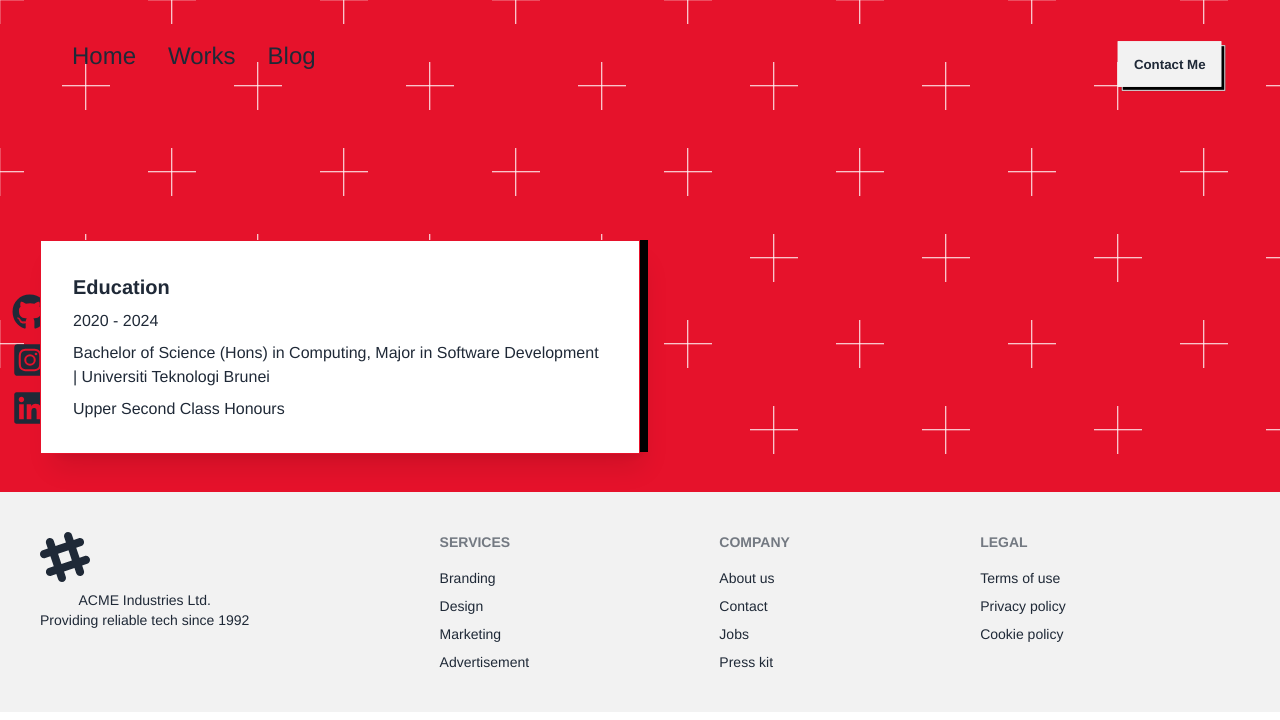
Repository: Ech026/echo-portfolio
Page: /echo-portfolio/my-work/echo-bike-app
The author's editor kept a copy of each file at every save. The page is drawn from the files as they stood at one save, then again after the next save.
The browser window is 1280 px wide. The pictures show the whole page.
The project was rebuilt for these pictures with package versions that can differ from the ones it lists, and the page was loaded fresh each time. Also part of the build but not shown: vite.config.js, src/components/hero.jsx, src/components/main.jsx, src/components/project.jsx, src/components/works.jsx.

Above is the page before, as saved 2024-10-14 19:30:56.

After the next save:
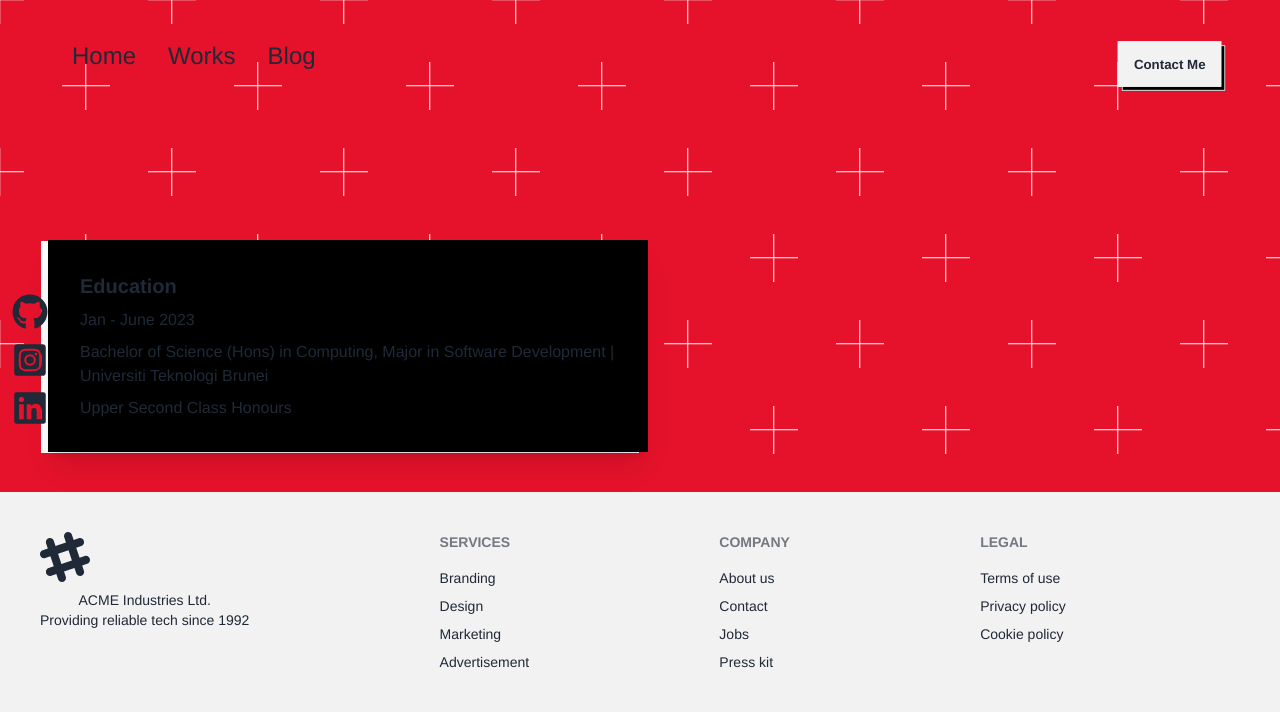
Saved 8 s later.
--- a/src/components/finalyearproj.jsx
+++ b/src/components/finalyearproj.jsx
@@ -10,7 +10,7 @@
     <Nav/>
 
     <div className='m-10 mt-16'>
-                <div className=" z-20 card w-[600px] bg-white border border-[#e6122b] rounded-none absolute">
+                <div className=" mt -34z-20 card w-[600px] bg-white border border-[#e6122b] rounded-none absolute">
                   <div className="card-body">
                     <h2 className="card-title">Education</h2>
                     <p className='text-left'>2020 - 2024</p>

After the save that followed:
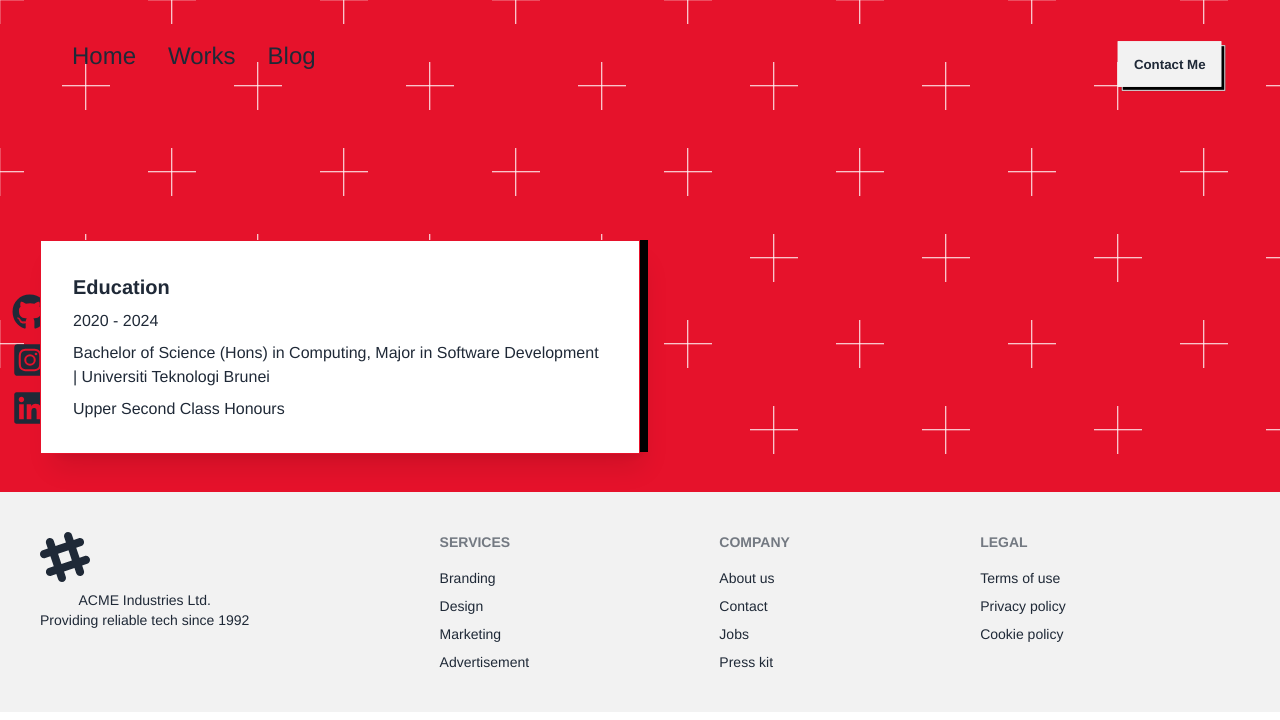
Saved 4 s later.
--- a/src/components/finalyearproj.jsx
+++ b/src/components/finalyearproj.jsx
@@ -10,7 +10,7 @@
     <Nav/>
 
     <div className='m-10 mt-16'>
-                <div className=" mt -34z-20 card w-[600px] bg-white border border-[#e6122b] rounded-none absolute">
+                <div className=" mt -34 z-20 card w-[600px] bg-white border border-[#e6122b] rounded-none absolute">
                   <div className="card-body">
                     <h2 className="card-title">Education</h2>
                     <p className='text-left'>2020 - 2024</p>
